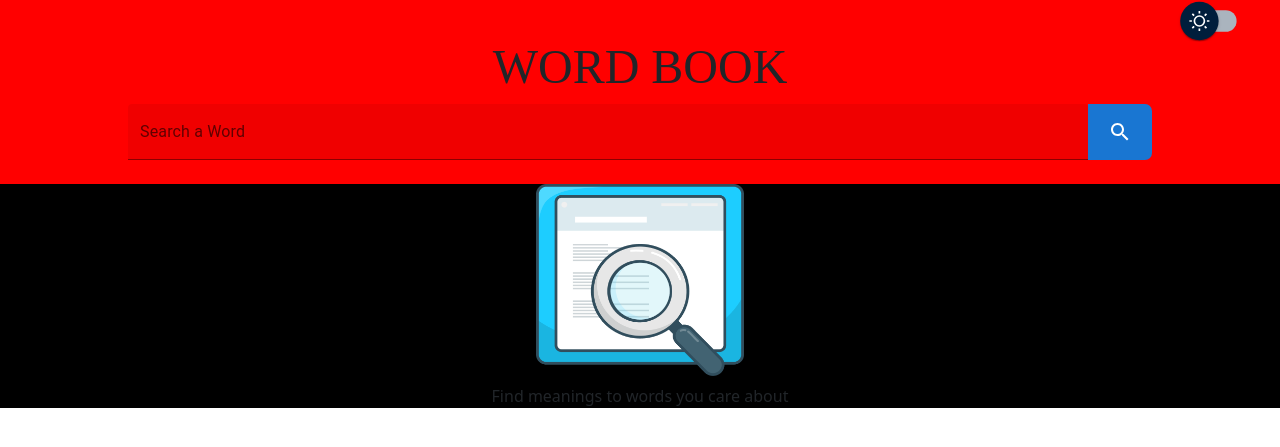
Repository: marveldev/my-dictionary
Page: /
These files come from the project's save history. The page is drawn as it stood at one moment and after the next save; the edit follows.
The browser window is 1280 px wide. The pictures show the whole page.
The project was rebuilt for these pictures with package versions that can differ from the ones it lists, and the page was loaded fresh each time. Also part of the build but not shown: src/components/themeSwitcher/MUISwitch.jsx.

Above is the page before, as saved 2022-05-22 16:33:39.

After the next save:
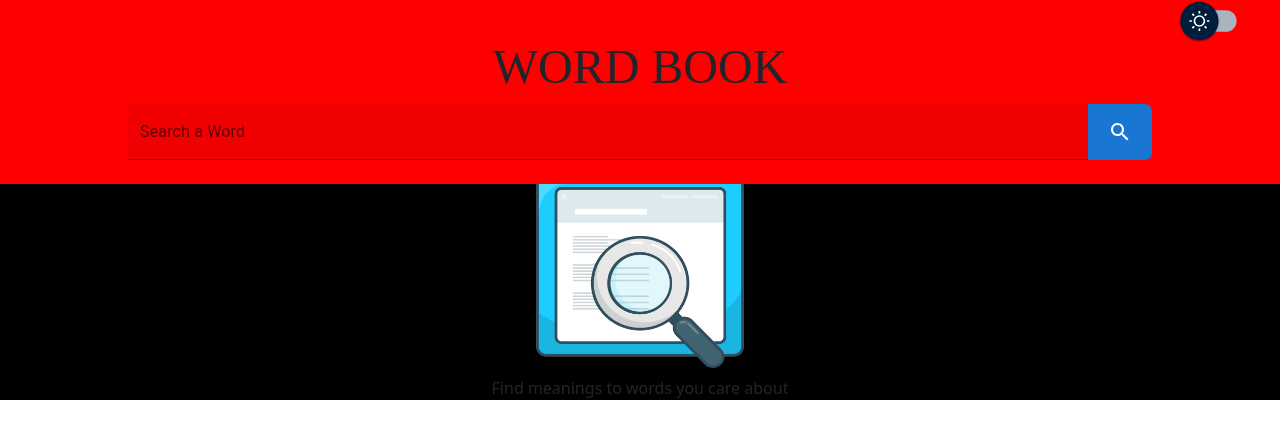
Saved 8 s later.
--- a/src/index.css
+++ b/src/index.css
@@ -30,7 +30,7 @@ h1 {
 }
 
 .output {
-  margin-top: 11em;
+  margin-top: 10.5em;
   background: #000;
 }
 
